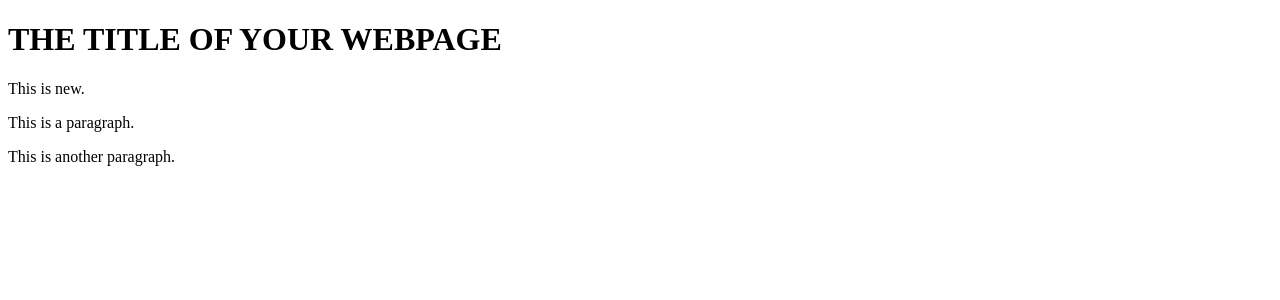
Repository: jnguyen113/DOM-Manipulation
Page: index.html
An editor plug-in stored every save of this project. The page is shown before and after a run of saves, followed by the edit.
The browser window is 1280 px wide. The pictures show the whole page.

Above is the page before, as saved 2020-06-11 19:30:35.

### index.html
<!DOCTYPE html>
<html>
    <body>
        <h1>
            THE TITLE OF YOUR WEBPAGE
        </h1>
        <div id="div1">
            <p id="p1">This is a paragraph.</p>
            <p id="p2">This is another paragraph.</p>
          </div>

          <script>

          var para = document.createElement("p");
          var node = document.createTextNode("This is new.");
          para.appendChild(node);

          var element = document.getElementById("div1");
          var child = document.getElementById("p1");
          element.insertBefore(para, child);
          </script>

        <div id="container">
            <!--<div class="content">
                This is the glorious text-content!
            </div> DONE IN JS CLASS-->
        </div>
    </body>
    <!--<script src="main.js"></script> -->
</html>

After the next 2 saves:
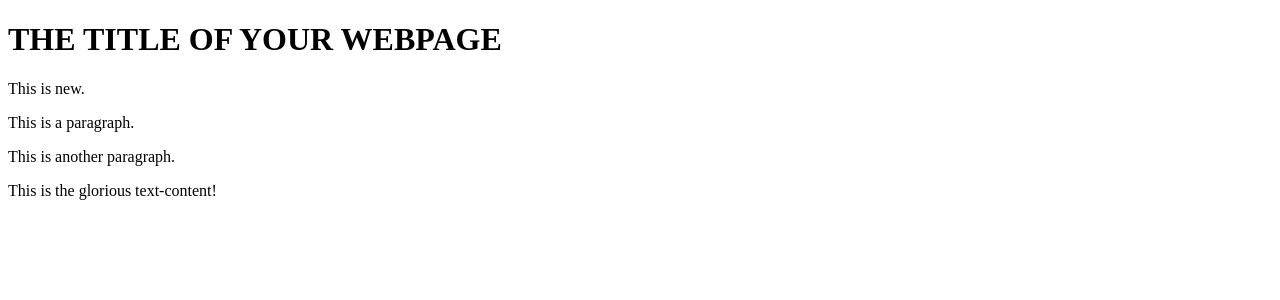
The 2 saves are shown as one change because they came seconds apart.
The last was saved 10 s later.
--- a/index.html
+++ b/index.html
@@ -21,9 +21,9 @@
           </script>
 
         <div id="container">
-            <!--<div class="content">
+            <div class="content">
                 This is the glorious text-content!
-            </div> DONE IN JS CLASS-->
+            </div>
         </div>
     </body>
     <!--<script src="main.js"></script> -->
